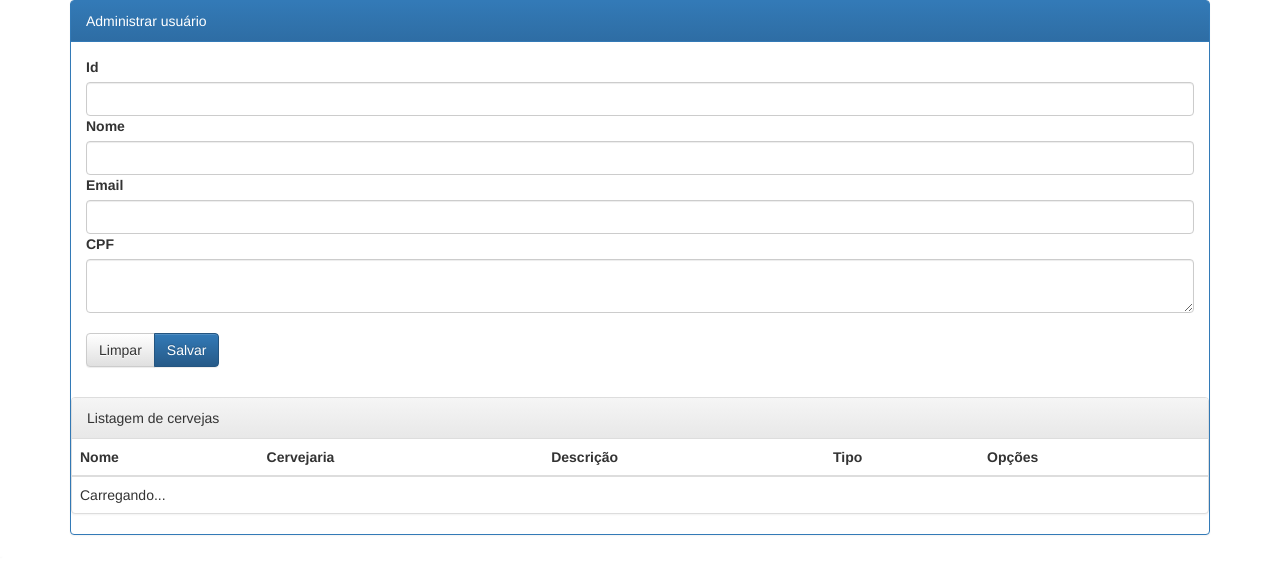
Repository: heloisakrajewski/projeto-leo
Page: Projeto/pyrafilms/WebContent/index.html
These files come from the project's save history. The page is drawn as it stood at one moment and after the next save; the edit follows.
The browser window is 1280 px wide. The pictures show the whole page.

Above is the page before, as saved 2016-11-21 21:16:28.
Console error: ReferenceError: listarCervejas is not defined

### Projeto/pyrafilms/WebContent/index.html
<!DOCTYPE html>
<html lang="pt-br">
<head>
<meta charset="utf-8">
<meta http-equiv="X-UA-Compatible" content="IE=edge">
<meta name="viewport" content="width=device-width, initial-scale=1">
<!-- As 3 meta tags acima *devem* vir em primeiro lugar dentro do `head`; qualquer outro conteúdo deve vir *após* essas tags -->
<title>Pyra Films</title>

<!-- Bootstrap -->
<link href="css/bootstrap.min.css" rel="stylesheet">
<link href="css/bootstrap-theme.min.css" rel="stylesheet">

</head>
<body>

	<div class="container">

		<div class="panel panel-primary">
			<div class="panel-heading">Administrar usuário</div>
			<div class="panel-body">

				<form id="criarCervejaForm">
					<div class="form-group">
						<label>Id</label>
						<input type="text" class="form-control"name="id" />

						<label>Nome</label>
						<input type="text" class="form-control" name="nome" />

						<label>Email</label>
						<input type="text" class="form-control" name="email" />

						<label>CPF</label>
						<textarea rows="" 10 cols="10" class="form-control" name="cpf"></textarea>

						<br />

						<div class="btn-block btn-group">
						<input type="reset" class="btn btn-default" value="Limpar" />
						<input type="button" class="btn btn-primary" value="Salvar"
							onclick="adicionaUsuario();" />
						</div>
					</div>
				</form>
			</div>
			<div class="panel panel-default">
				<!-- Default panel contents -->
				<div class="panel-heading">Listagem de cervejas</div>
				<table id="grid" class="table">
					<thead>
						<tr>
							<th>Nome</th>
							<th>Cervejaria</th>
							<th>Descrição</th>
							<th>Tipo</th>
							<th>Opções</th>
						</tr>
					</thead>
					<tr>
						<td colspan="5">Carregando...</td>
					</tr>
				</table>
			</div>
		</div>
	</div>

	<div id="images" class="panel" style="float: left;"></div>

	<script src="js/jquery-1.10.2.min.js" type="text/javascript"></script>
	<script src="js/json.js" type="text/javascript"></script>
	<script src="js/bootstrap.min.js"></script>
	<script src="js/custom.js" type="text/javascript"></script>
	<script type="text/javascript">
		listarCervejas();
	</script>
</body>
</html>

### Projeto/pyrafilms/WebContent/js/json.js
/*!
  SerializeJSON jQuery plugin.
  https://github.com/marioizquierdo/jquery.serializeJSON
  version 1.0.1 (Aug 20, 2012)

  Copyright (c) 2012 Mario Izquierdo
  Dual licensed under the MIT (http://www.opensource.org/licenses/mit-license.php)
  and GPL (http://www.opensource.org/licenses/gpl-license.php) licenses.
*/
(function ($) {
  "use strict";

  $.fn.serializeJSON = function () {
    var obj, formAsArray;
    obj = {};
    formAsArray = this.serializeArray();

    $.each(formAsArray, function (i, input) {
      var name, value, keys;
      name = input.name;
      value = input.value;

      // Split the input name in programatically readable keys
      // name = "foo"              => keys = ['foo']
      // name = "[foo]"            => keys = ['foo']
      // name = "foo[inn][bar]"    => keys = ['foo', 'inn', 'bar']
      // name = "foo[inn][arr][0]" => keys = ['foo', 'inn', 'arr', '0']
      // name = "arr[][val]"       => keys = ['arr', '', 'val']
      keys = $.map(name.split('['), function (key) {
        var last;
        last = key[key.length - 1];
        return last === ']' ? key.substring(0, key.length - 1) : key;
      });
      if (keys[0] === '') { keys.shift(); } // "[foo][inn]" should be same as "foo[inn]"

      // Set value in the object using the keys
      $.deepSet(obj, keys, value);
    });
    return obj;
  };

  // Auxiliar function to check if a variable is an Object
  var isObject = function (obj) {
    return obj === Object(obj);
  };

  /**
  Access the object in a deep key and assigns the value:

  // Examples:
  deepSet(obj, ['foo'], v)                //=> obj['foo'] = v
  deepSet(obj, ['foo', 'inn'], v)         //=> obj['foo']['inn'] = v // Create the inner obj['foo'] object, if needed
  deepSet(obj, ['foo', 'inn', 'inn'], v)  //=> obj['foo']['inn']['inn'] = v
  deepSet(obj, ['0'], v)                  //=> obj[0] = v // obj may be an Array
  deepSet(obj, [''], v)                   //=> obj.push(v) // assume obj as array, and add a new value to the end
  deepSet(obj, ['arr', '0'], v)           //=> obj['arr']['0'] = v // obj['arr'] is created as Array if needed
  deepSet(obj, ['arr', ''], v)            //=> obj['arr'].push(v)
  deepSet(obj, ['foo', 'arr', '0'], v)    //=> obj['foo']['arr'][0] = v // obj['foo'] is created as object and obj['foo']['arr'] as a Array, if needed
  deepSet(obj, ['arr', '0', 'foo'], v)    //=> obj['arr']['0']['foo'] = v // obj['foo'] is created as object and obj['foo']['arr'] as a Array and obj['foo']['arr'][0] as object, if needed

  // Complex example with array empty index,
  // it creates a new element, unless there is a nested non repeated key, so it assigns to the last element object:
  var arr = []
  deepSet(arr, [''], v)                   //=> arr === [v]
  deepSet(arr, ['', 'foo'], v)            //=> arr === [v, {foo: v}]
  deepSet(arr, ['', 'bar'], v)            //=> arr === [v, {foo: v, bar: v}]
  deepSet(arr, ['', 'bar'], v)            //=> arr === [v, {foo: v, bar: v}, {bar: v}]
  */
  $.deepSet = function (obj, keys, value) {
    if (!keys || keys.length === 0) { throw new Error("ArgumentError: keys param expected to be an array with least one key"); }
    var key, next, tail, defaultIfNotDefined, lastKey, lastElement;
    key = keys[0];
    next = keys[1];
    if (next !== undefined && next !== null) {
      tail = keys.slice(1);
      if (key === '') { // Empty key with => merge keys in the object element
        lastKey = obj.length - 1;
        lastElement = obj[obj.length - 1];
        if (isObject(lastElement) && !lastElement[next]) { // if next key is a new attribute in the last object element then set the new value in there
          key = lastKey;
        } else { // if the array does not have an object as last element, create one
          obj.push({});
          key = lastKey + 1;
        }
      }
      if (obj[key] === undefined) { // obj[key] ||= defaultIfNotDefined
        defaultIfNotDefined = (next === '' || !isNaN(parseInt(next, 10))) ? [] : {}; // Array or Object depending on next key
        obj[key] = defaultIfNotDefined;
      }
      $.deepSet(obj[key], tail, value); // Recursive access the inner Object
    } else {
      if (key === '') {
        obj.push(value);
      } else {
        obj[key] = value;
      }
    }
  };

}(jQuery));

Loaded but not shown: Projeto/pyrafilms/WebContent/css/bootstrap.min.css (library); Projeto/pyrafilms/WebContent/css/bootstrap-theme.min.css (library); Projeto/pyrafilms/WebContent/js/jquery-1.10.2.min.js (library); Projeto/pyrafilms/WebContent/js/bootstrap.min.js (library); Projeto/pyrafilms/WebContent/js/custom.js (no copy from this time; the picture is the same without it)

After the next save:
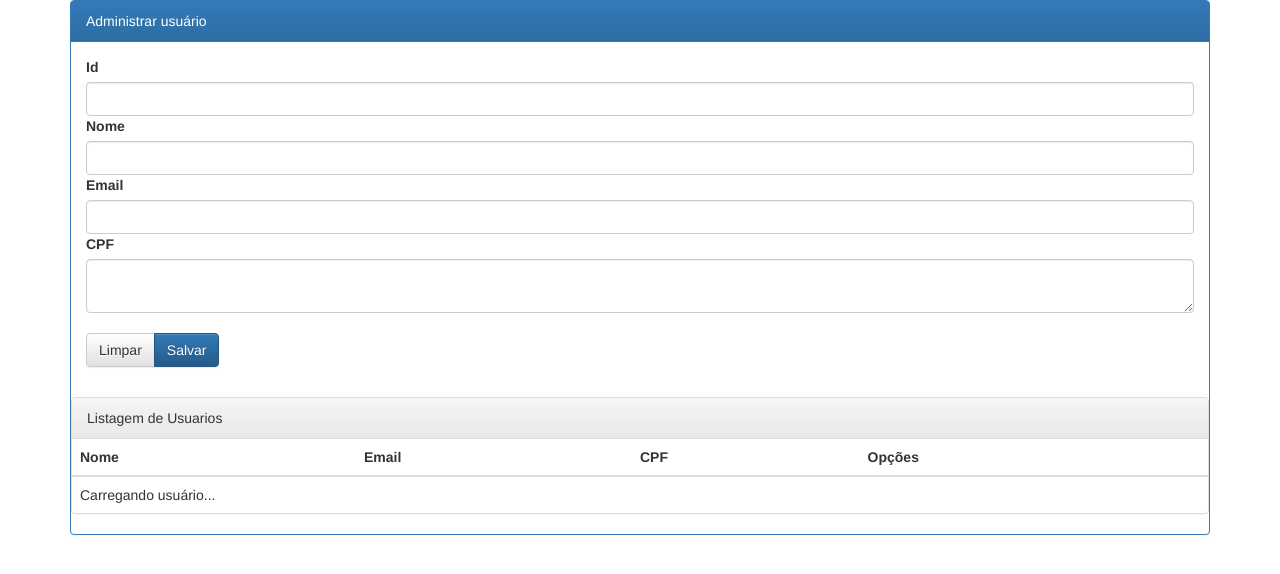
Console error: ReferenceError: listarUsuarios is not defined
Saved 52 s later.
--- a/Projeto/pyrafilms/WebContent/index.html
+++ b/Projeto/pyrafilms/WebContent/index.html
@@ -46,33 +46,32 @@
 			</div>
 			<div class="panel panel-default">
 				<!-- Default panel contents -->
-				<div class="panel-heading">Listagem de cervejas</div>
+				<div class="panel-heading">Listagem de Usuarios</div>
 				<table id="grid" class="table">
 					<thead>
 						<tr>
 							<th>Nome</th>
-							<th>Cervejaria</th>
-							<th>Descrição</th>
-							<th>Tipo</th>
+							<th>Email</th>
+							<th>CPF</th>
 							<th>Opções</th>
 						</tr>
 					</thead>
 					<tr>
-						<td colspan="5">Carregando...</td>
+						<td colspan="5">Carregando usuário...</td>
 					</tr>
 				</table>
 			</div>
 		</div>
 	</div>
 
-	<div id="images" class="panel" style="float: left;"></div>
+	<!-- <div id="images" class="panel" style="float: left;"></div> -->
 
 	<script src="js/jquery-1.10.2.min.js" type="text/javascript"></script>
 	<script src="js/json.js" type="text/javascript"></script>
 	<script src="js/bootstrap.min.js"></script>
 	<script src="js/custom.js" type="text/javascript"></script>
 	<script type="text/javascript">
-		listarCervejas();
+		listarUsuarios();
 	</script>
 </body>
 </html>
